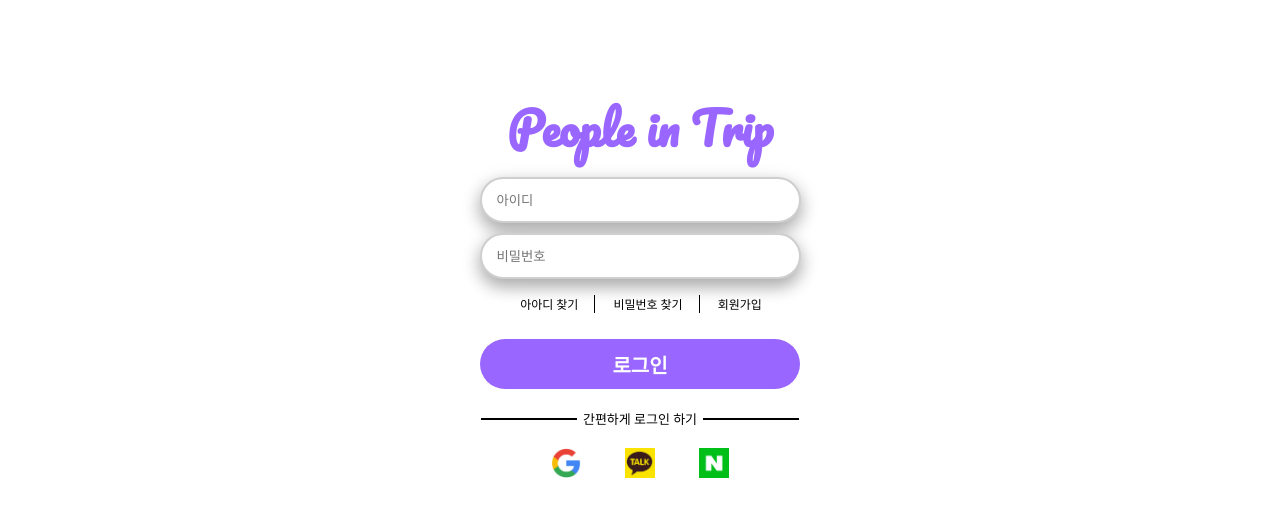
Repository: kimjinmin4535/ezen_loginteam
Page: http://localhost/Ezen_Project/login/login.jsp
An editor plug-in stored every save of this project. The page is shown before and after the next save, followed by the edit.
The browser window is 1280 px wide. The pictures show the whole page.
The page is served by Tomcat 9.

Above is the page before, as saved 2022-07-05 08:46:25.

After the next save:
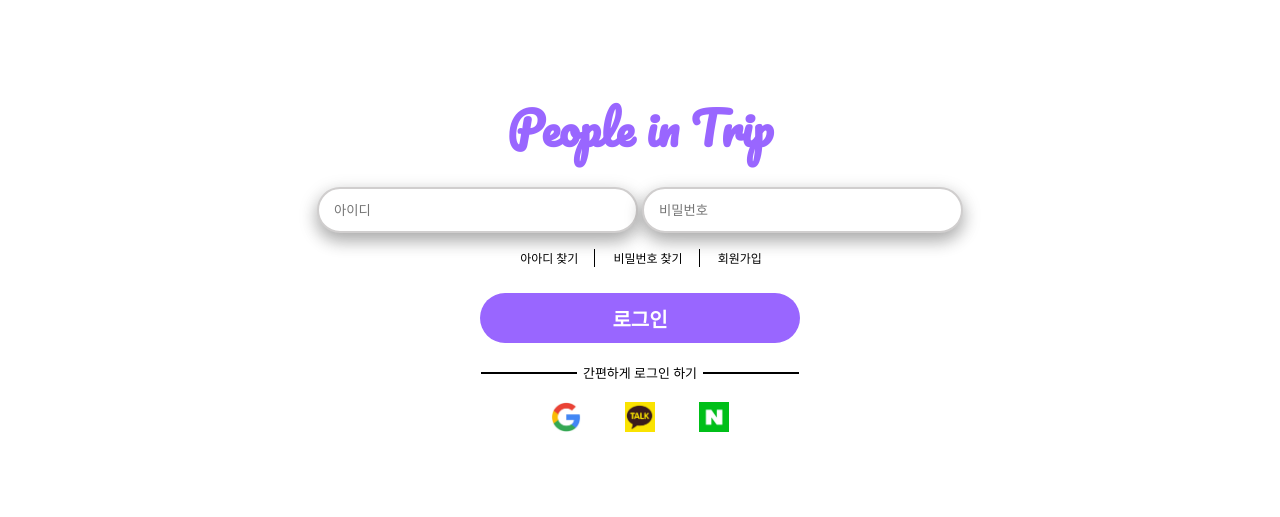
Saved 4 min 34 s later.
--- a/Ezen_Project/src/main/webapp/login/login.jsp
+++ b/Ezen_Project/src/main/webapp/login/login.jsp
@@ -14,7 +14,7 @@
 		<h1>People in Trip</h1>
 		<form action="#" name="loginFrm" method="post">
 			<div>
-				<input type="text" placeholder="아이디" id="login_id" name="login_id" onfocus="this.placeholder='';" onblur="this.placeholder='아이디'" /><br>
+				<input type="text" placeholder="아이디" id="login_id" name="login_id" onfocus="this.placeholder='';" onblur="this.placeholder='아이디'" />
 				<input type="password" placeholder="비밀번호" id="login_pw" name="login_pw" onfocus="this.placeholder='';" onblur="this.placeholder='비밀번호'" />
 				<ul>
 					<li id="login_menu"><a href="#" id="login_menu">아아디 찾기</a></li>

After the save that followed:
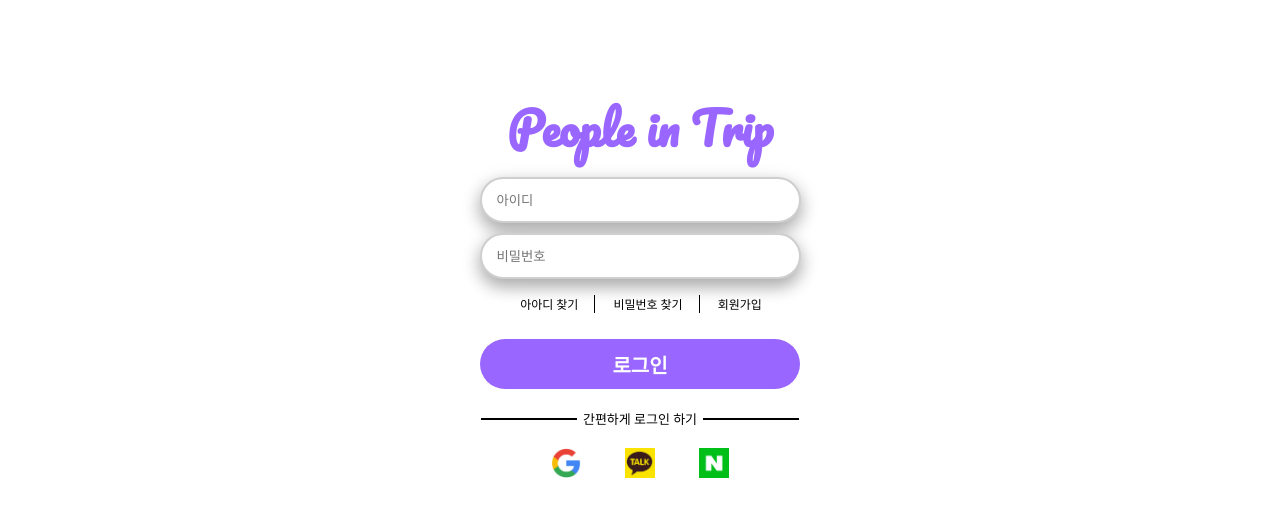
Saved 13 s later.
--- a/Ezen_Project/src/main/webapp/login/login.jsp
+++ b/Ezen_Project/src/main/webapp/login/login.jsp
@@ -14,7 +14,7 @@
 		<h1>People in Trip</h1>
 		<form action="#" name="loginFrm" method="post">
 			<div>
-				<input type="text" placeholder="아이디" id="login_id" name="login_id" onfocus="this.placeholder='';" onblur="this.placeholder='아이디'" />
+				<input type="text" placeholder="아이디" id="login_id" name="login_id" onfocus="this.placeholder='';" onblur="this.placeholder='아이디'" /><br>
 				<input type="password" placeholder="비밀번호" id="login_pw" name="login_pw" onfocus="this.placeholder='';" onblur="this.placeholder='비밀번호'" />
 				<ul>
 					<li id="login_menu"><a href="#" id="login_menu">아아디 찾기</a></li>
